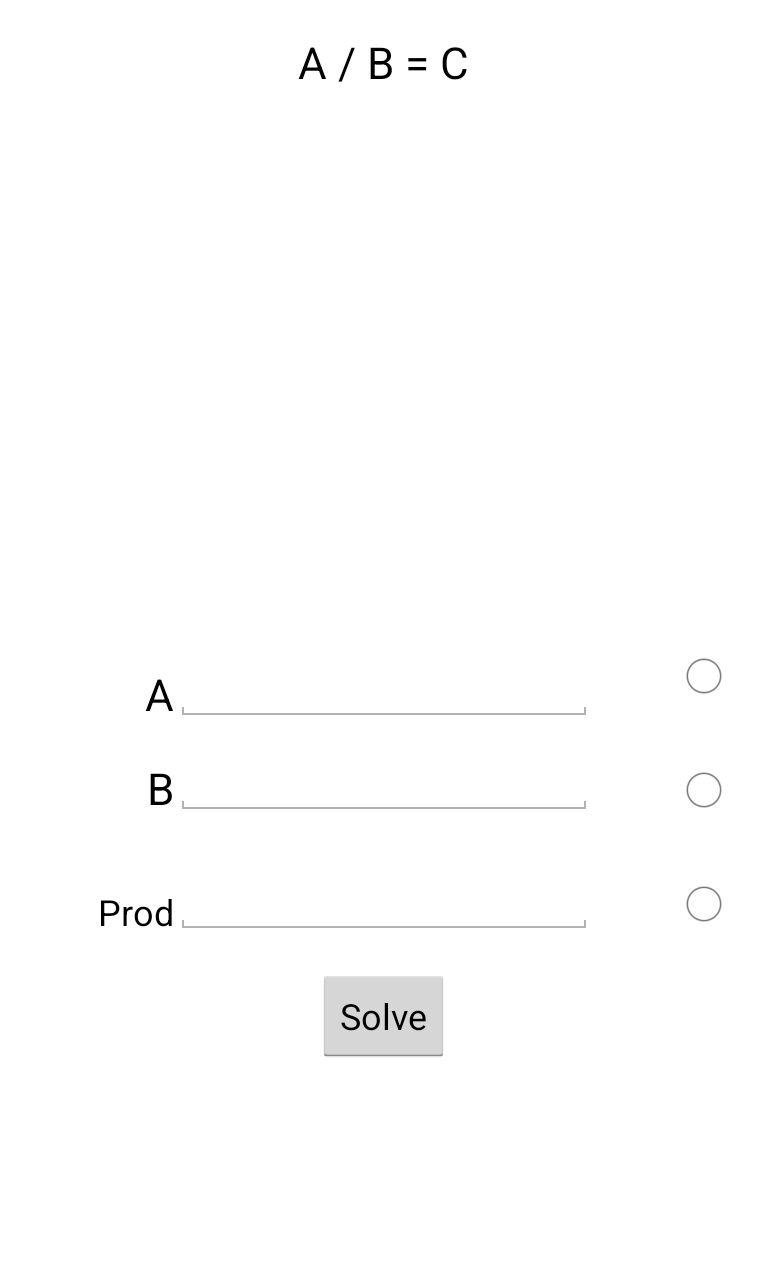
Repository: dtri123/Equation-Station
Layout: TheEquationStation/res/layout/division_page.xml
The author's editor kept a copy of each file at every save. The layout is drawn from the files as they stood at one save, then again after the next save.
It is drawn on a 768 x 1280 px phone screen (xhdpi) without system bars, with theme AppTheme; the app's code is not run.

Above is the layout before, as saved 2013-07-18 18:09:28.

After the next save:
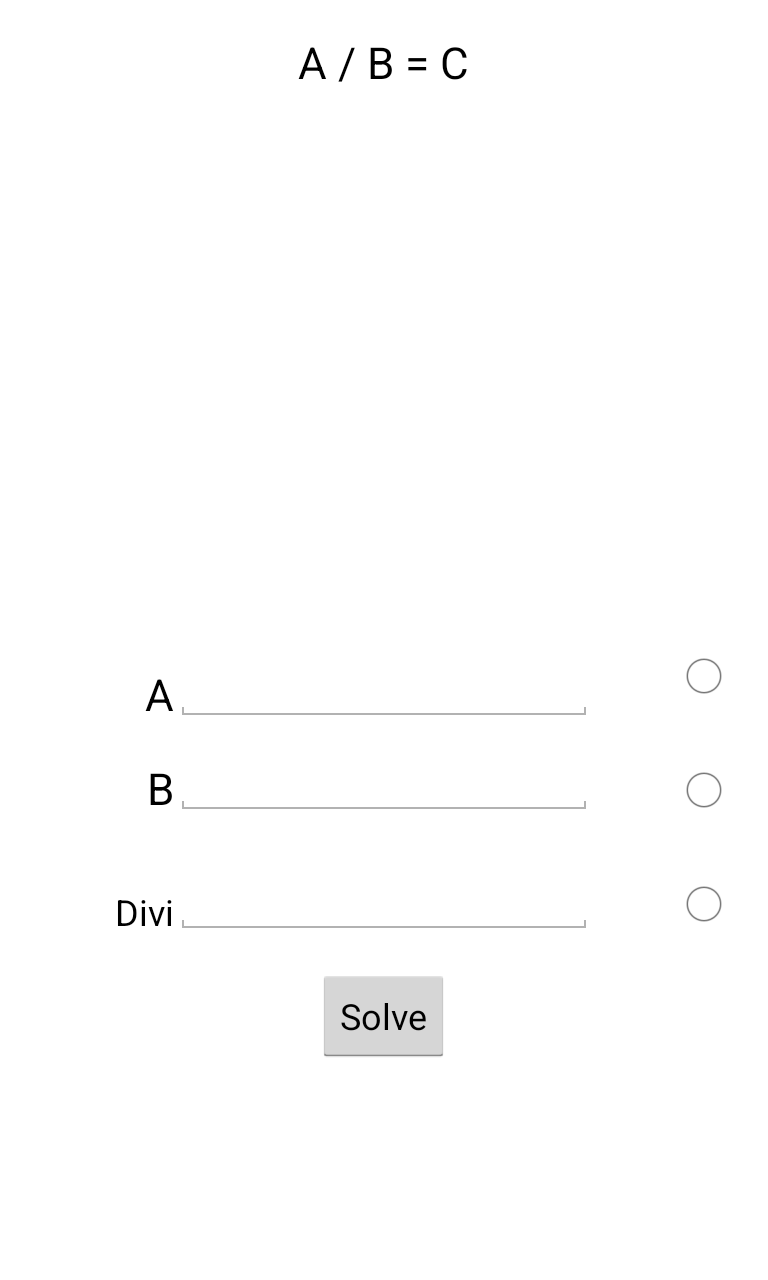
Saved 17 s later.
--- a/TheEquationStation/res/layout/division_page.xml
+++ b/TheEquationStation/res/layout/division_page.xml
@@ -70,7 +70,7 @@
         android:layout_height="wrap_content"
         android:layout_alignBottom="@+id/editText_DiviDividend"
         android:layout_toLeftOf="@+id/editText_DiviDividend"
-        android:text="Prod"
+        android:text="Divi"
         android:textAppearance="?android:attr/textAppearanceMedium" />
 
     <RadioGroup
